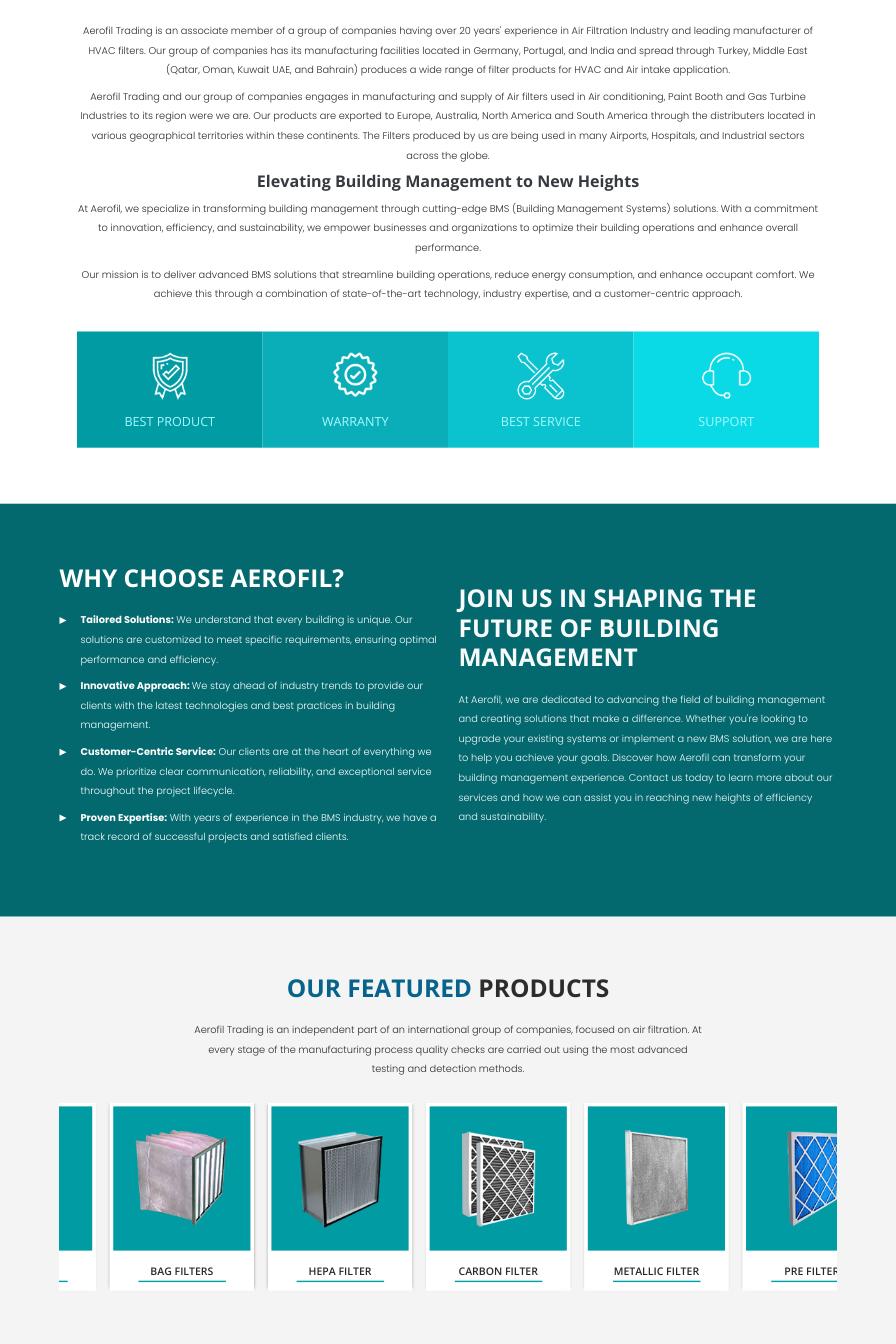
Repository: aslamvrtly/aerofil
Page: index.html
An editor plug-in stored every save of this project. The page is shown before and after a run of saves, followed by the edit.
The browser window is 1280 px wide. The pictures show the part of the page from y = 831 to 2751 px (the page is 5222 px tall before and 5233 px after), at 70% of full size.

Above is the page before, as saved 2024-09-05 14:40:59.

After the next 6 saves:
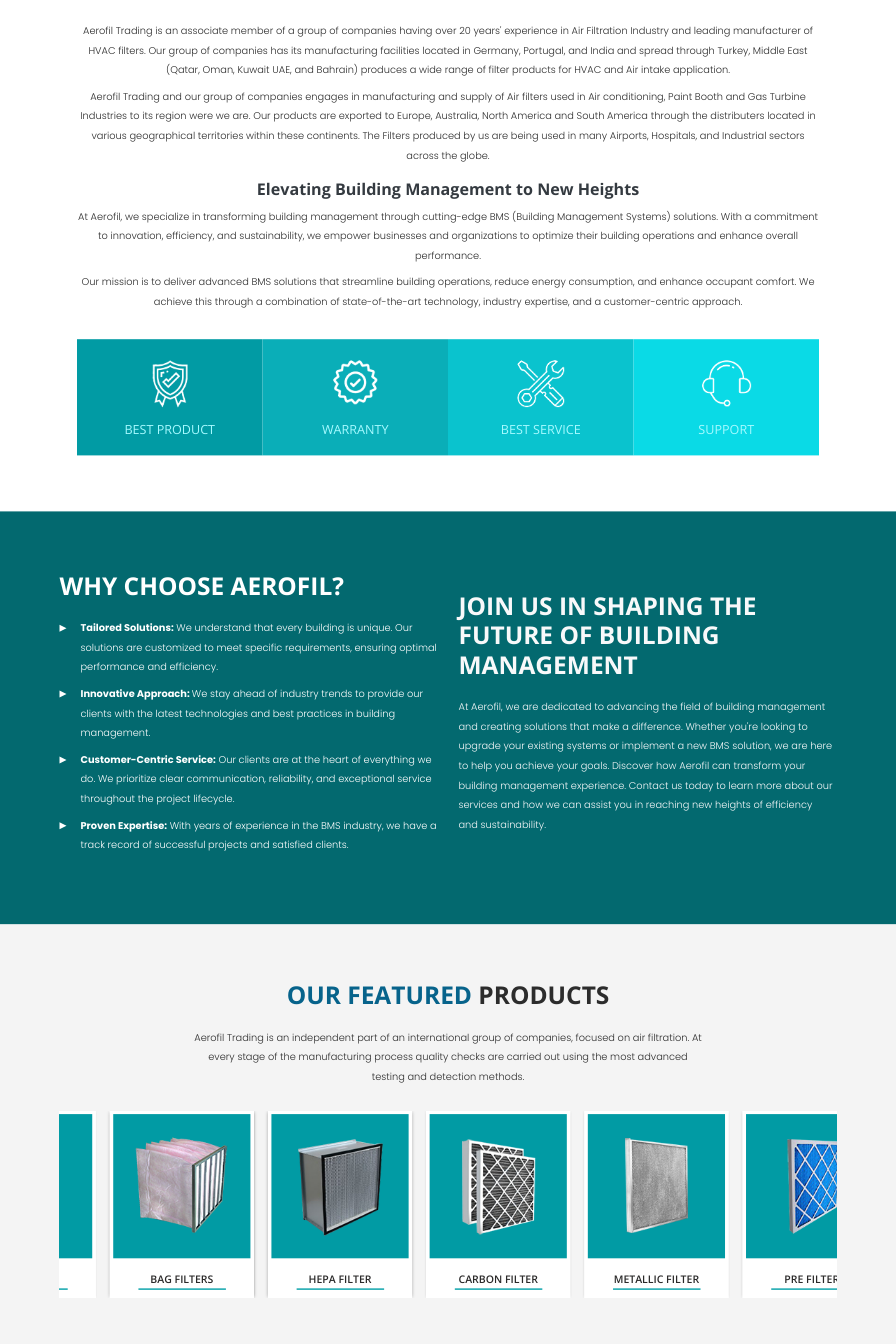
The 6 saves are shown as one change because they came seconds apart.
The last was saved 14 s later.
--- a/index.html
+++ b/index.html
@@ -181,7 +181,7 @@
 						South America through the distributers located in various geographical
 						territories within these continents. The Filters produced by us are being used in many Airports,
 						Hospitals, and Industrial sectors across the globe.</p>
-						<h3 class="text-center font-weight-bold text-dark">Elevating Building Management to New Heights</h3>
+						<h3 class="text-center mt-4 font-weight-bold text-dark">Elevating Building Management to New Heights</h3>
 					<p class="text-center">
 						At Aerofil, we specialize in transforming building management through cutting-edge BMS (Building
 						Management Systems) solutions. With a commitment to innovation, efficiency, and sustainability,
